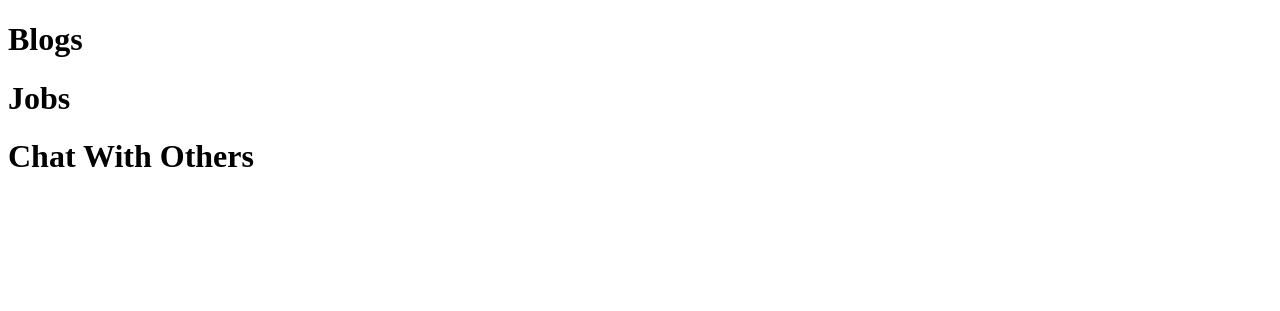
Repository: devlogan/collproject
Page: CollFrontend/WebContent/main.html
The author's editor kept a copy of each file at every save. The page is drawn from the files as they stood at one save, then again after the next save.
The browser window is 1280 px wide. The pictures show the whole page.

Above is the page before, as saved 2019-05-02 06:13:00.

After the next save:
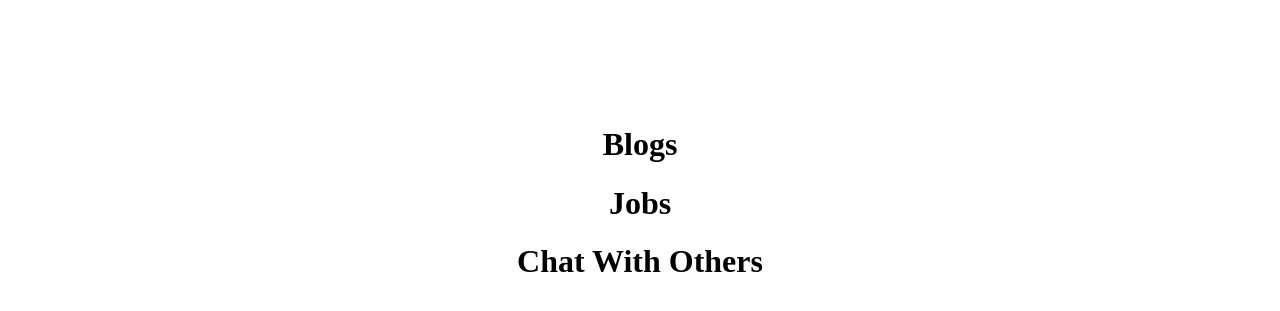
Saved 118 s later.
--- a/CollFrontend/WebContent/main.html
+++ b/CollFrontend/WebContent/main.html
@@ -3,9 +3,15 @@
 <head>
 <meta charset="ISO-8859-1">
 <title>Homepage</title>
+<style>
+.main-box {
+	margin-top: 10%;
+	text-align: center;
+}
+</style>
 </head>
 <body>
-	<div class="row">
+	<div class="row main-box">
 		<div class="col-md-4">
 			<h1>Blogs</h1>
 		</div>
